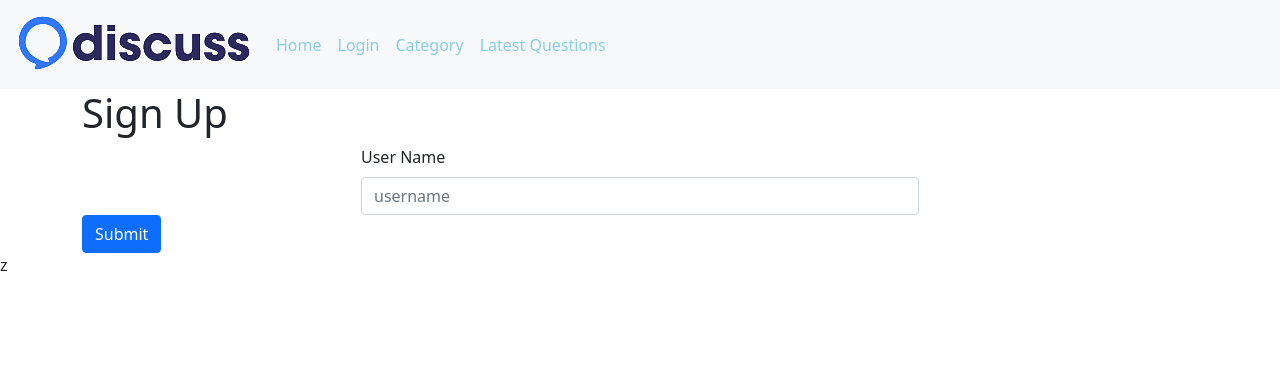
Repository: zeeShanizeeshan/php-project
Page: http://localhost/?signup=true
An editor plug-in stored every save of this project. The page is shown before and after the next save, followed by the edit.
The browser window is 1280 px wide. The pictures show the whole page.
The page is run by PHP 8.4 with error messages shown; the project is at /var/www/html/.

Above is the page before, as saved 2025-12-02 16:35:56.

### index.php
<!DOCTYPE html>
<html lang="en">

<head>
    <meta charset="UTF-8">
    <title>Discuss Project</title>
    <?php include('./client/commonFiles.php') ?>
</head>

<body>
    <?php
    include('./client/header.php');
    include('./client/signup.php');
    ?>
</body>

</html>

### client/commonFiles.php
<link href="https://cdn.jsdelivr.net/npm/bootstrap@5.0.2/dist/css/bootstrap.min.css" rel="stylesheet" integrity="sha384-EVSTQN3/azprG1Anm3QDgpJLIm9Nao0Yz1ztcQTwFspd3yD65VohhpuuCOmLASjC" crossorigin="anonymous">
<script src="https://cdn.jsdelivr.net/npm/bootstrap@5.0.2/dist/js/bootstrap.bundle.min.js" integrity="sha384-MrcW6ZMFYlzcLA8Nl+NtUVF0sA7MsXsP1UyJoMp4YLEuNSfAP+JcXn/tWtIaxVXM" crossorigin="anonymous"></script>
<link rel="stylesheet" href="./public/style.css">
</link>

### client/header.php
<nav class="navbar navbar-expand-lg navbar-light bg-light">
    <div class="container-fluid">
        <a class="navbar-brand" href="#">
            <img src="./public/discusslogo.png" alt="">
        </a>
        <div class="collapse navbar-collapse" id="navbarNav">
            <ul class="navbar-nav">
                <li class="nav-item">
                    <a class="nav-link active" aria-current="page" href="#">Home</a>
                </li>
                <li class="nav-item">
                    <a class="nav-link" href="#">Login</a>
                </li>
                <li class="nav-item">
                    <a class="nav-link" href="#">Category</a>
                </li>
                <li class="nav-item">
                    <a class="nav-link" href="#">Latest Questions</a>
                </li>
            </ul>
        </div>
    </div>
</nav>

### client/signup.php
<div class="container">
    <h1>Sign Up</h1>
    <form>
        <div class="col-6 offset-sm-3">
            <label for="username" class="form-label">User Name</label>
            <input type="text" class="form-control" id="username" placeholder="username">
        </div>
        <button type="submit" class="btn btn-primary">Submit</button>
    </form>
</div>z

### public/style.css
a{
    color: skyblue !important;
}

After the next save:
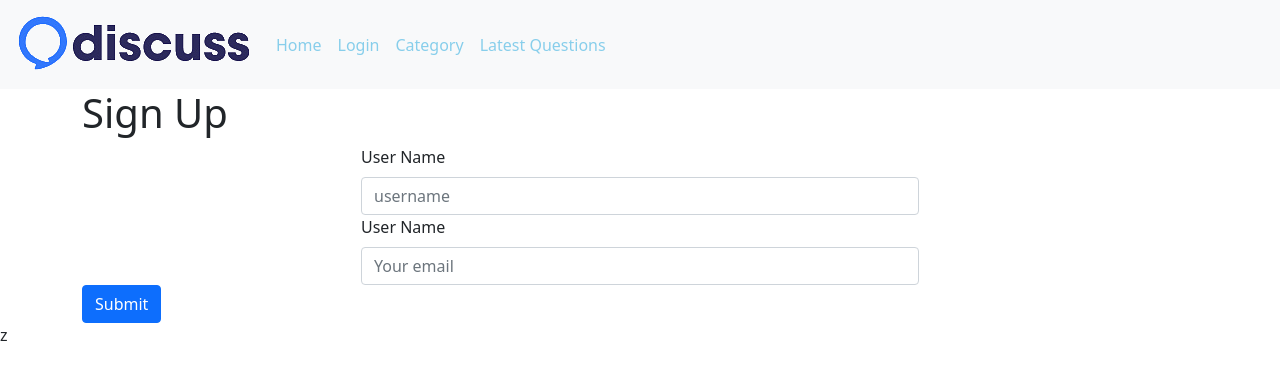
Saved 66 s later.
--- a/client/signup.php
+++ b/client/signup.php
@@ -1,10 +1,17 @@
 <div class="container">
     <h1>Sign Up</h1>
     <form>
+
         <div class="col-6 offset-sm-3">
             <label for="username" class="form-label">User Name</label>
             <input type="text" class="form-control" id="username" placeholder="username">
         </div>
+
+        <div class="col-6 offset-sm-3">
+            <label for="email" class="form-label">User Name</label>
+            <input type="text" class="form-control" id="email" placeholder="Your email">
+        </div>
+
         <button type="submit" class="btn btn-primary">Submit</button>
     </form>
 </div>z
